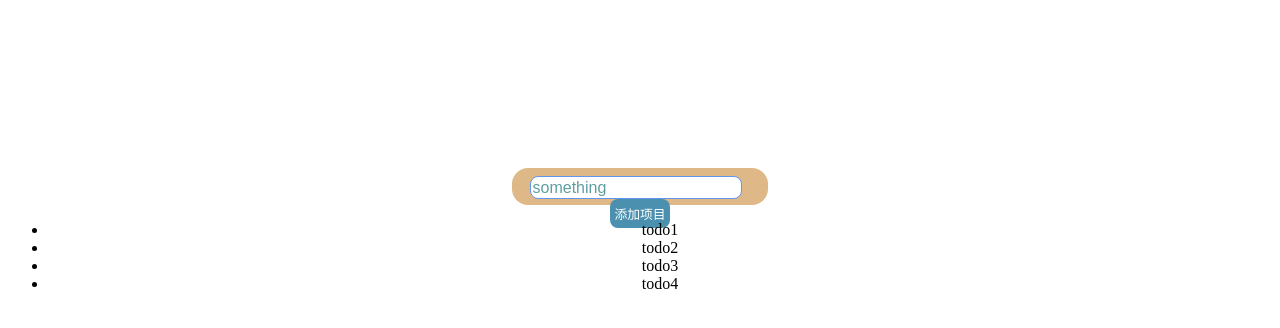
Repository: ArtemisWang/todolistProject
Page: /
An editor plug-in stored every save of this project. The page is shown before and after the next save, followed by the edit.
The browser window is 1280 px wide. The pictures show the whole page.
The project was rebuilt for these pictures with package versions that can differ from the ones it lists, and the page was loaded fresh each time.

Above is the page before, as saved 2020-02-28 21:53:38.

### src/App.js
import React,{useState} from 'react';
import './App.css'
const App=function(){

    const [list, setList]=useState(['todo1','todo2','todo3','todo4'])
    const [content, setContent]=useState('something')

    function addItem(){
        setList([...list,content])
        setContent('')
    }

    function changeContent(e){
        setContent(e.target.value)
        return content
    }

    function deleteItem(i){
        setList(list.filter((x,index)=>index!==i))
    }

    return (
    <div className='app'>
        <div className='input'>
            <input onChange={changeContent} value={content} className='input-text'/>
            <button onClick={addItem} className='button'>添加项目</button>
        </div>
        <div className='u-list'>
            <ul className='todo-list'>
                {list.map((it,i)=>(<li key={it+i} onClick={deleteItem.bind(this,i)}>{it}</li>))}
            </ul>
        </div>
    </div>)
}




export default App

### src/App.css
.app{
    text-align: center;
    padding-top: 10rem;
}

.input{
    display: block;
    background-color: burlywood;
    width: 16rem;
    margin-left:auto;
    margin-right:auto;
    padding-top: 0.1rem;
    padding-bottom: 0.2rem;
    border-radius: 1rem;
    height: 2rem;
}

.input-text{
    color: cadetblue;
    border: cornflowerblue solid 1px;
    display: inline-block;
    margin-right: .5rem;
    font-size: 1rem;
    margin-top: .4rem;
    border-radius: .5rem;
    padding: .1rem;
}

.button {
    background-color: rgb(76, 144, 175);
    border: none;
    color: white;
    padding: .3rem;
    text-align: center;
    text-decoration: none;
    display: inline-block;
    font-size: .8rem;
    border-radius: .5rem;
}

Loaded but not shown: public/index.html (common file); src/index.js (common file)

After the next save:
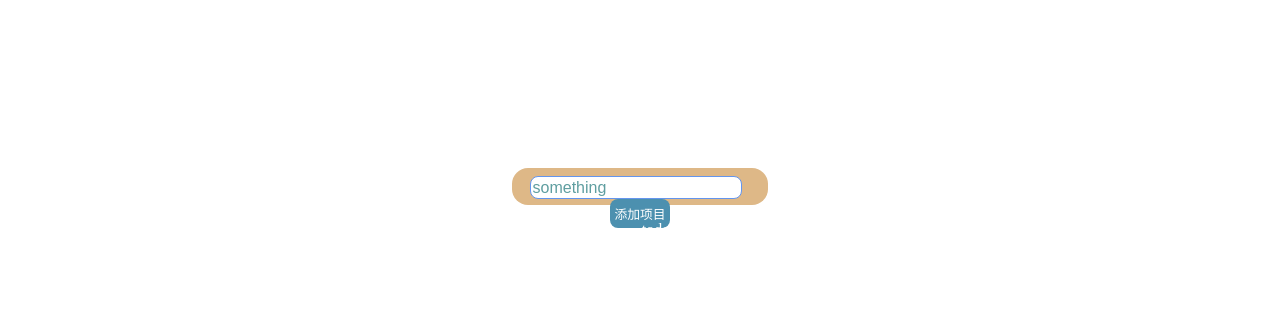
Saved 2 s later.
--- a/src/App.css
+++ b/src/App.css
@@ -37,3 +37,11 @@
     font-size: .8rem;
     border-radius: .5rem;
 }
+
+.todo-list {
+    display: flex;
+    flex-direction: column;
+    align-items: center;
+    justify-content: center;
+    color: white;
+  }
